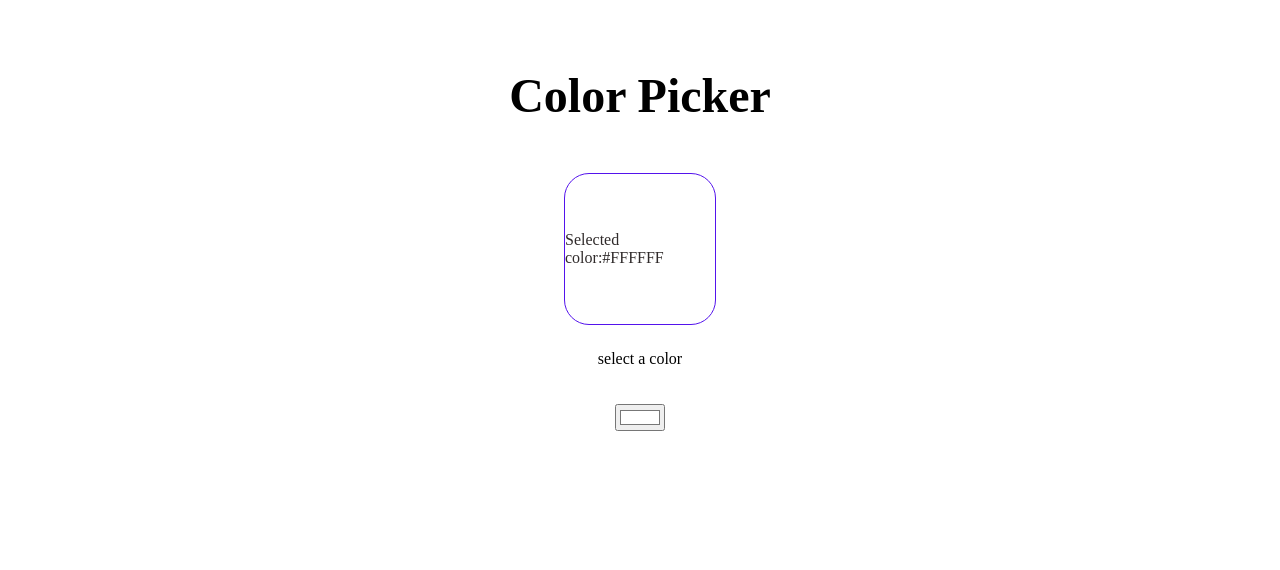
Repository: wakoya-tech/my-react-practice
Page: /
These files come from the project's save history. The page is drawn as it stood at one moment and after the next save; the edit follows.
The browser window is 1280 px wide. The pictures show the whole page.
The project was rebuilt for these pictures with package versions that can differ from the ones it lists, and the page was loaded fresh each time. Also part of the build but not shown: vite.config.js.

Above is the page before, as saved 2025-10-03 12:04:47.

After the next save:
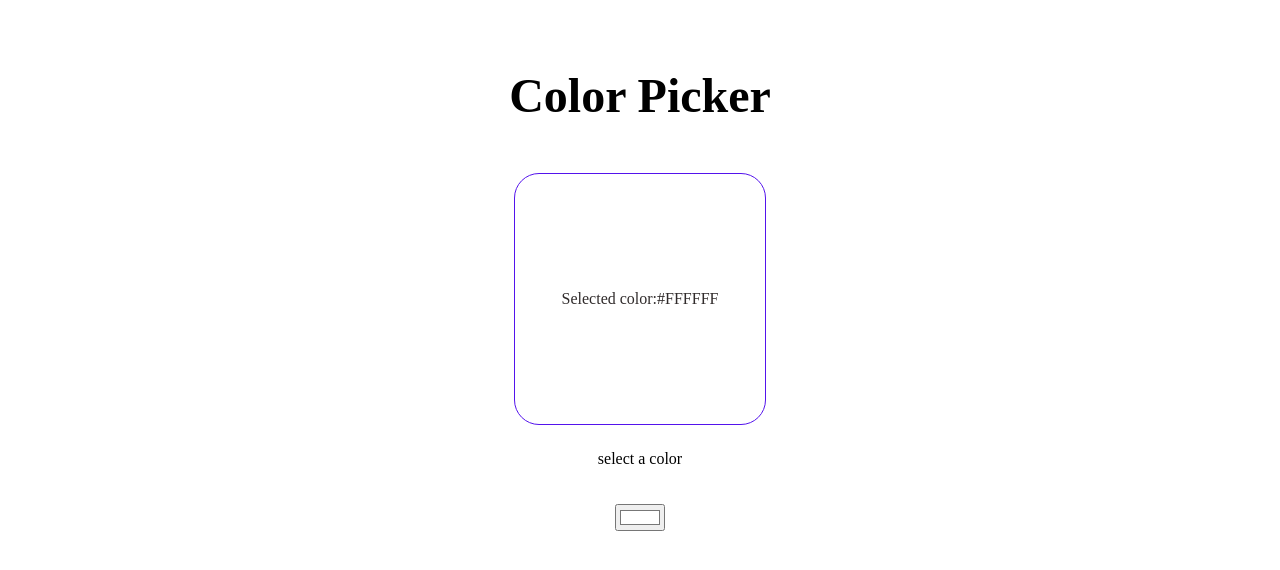
Saved 15 s later.
--- a/src/index.css
+++ b/src/index.css
@@ -11,8 +11,8 @@ h1{
   font-size: 3rem;
 }
 .color-display {
-  width: 150px;
-height: 150px;
+  width: 250px;
+height: 250px;
 
   display: flex;
 
